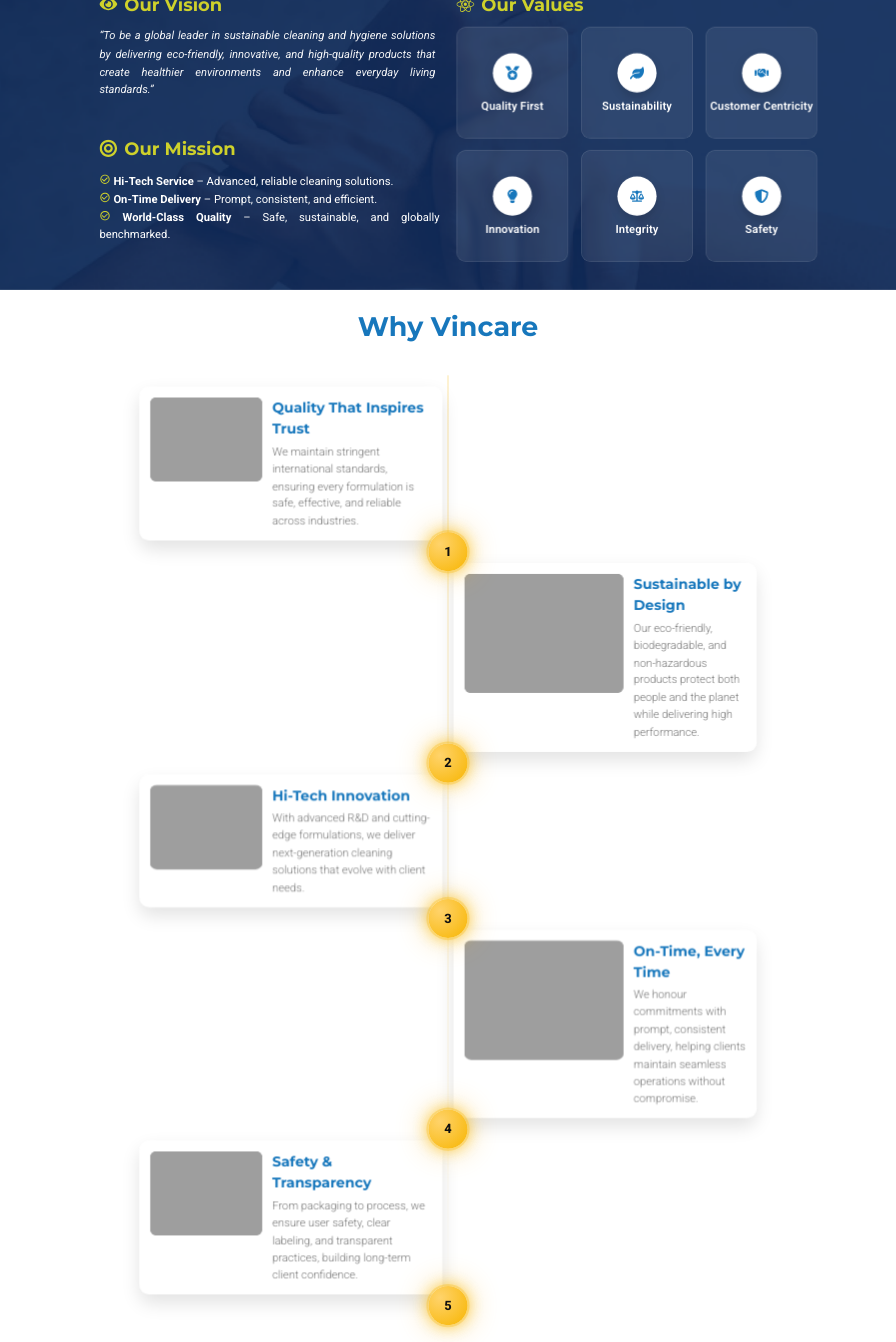
Repository: Yeshwanth-189/vincare
Page: / (app in vincare-frontend/)
The author's editor kept a copy of each file at every save. The page is drawn from the files as they stood at one save, then again after the next save.
The browser window is 1280 px wide. The pictures show the part of the page from y = 2063 to 3983 px (the page is 3980 px tall before and 3983 px after), at 70% of full size.
Pictures or frames that could not be fetched are drawn as grey boxes. The project was rebuilt for these pictures with package versions that can differ from the ones it lists, and the page was loaded fresh each time. Also part of the build but not shown: vincare-frontend/vite.config.js.

Above is the page before, as saved 2025-09-20 19:56:06.

After the next save:
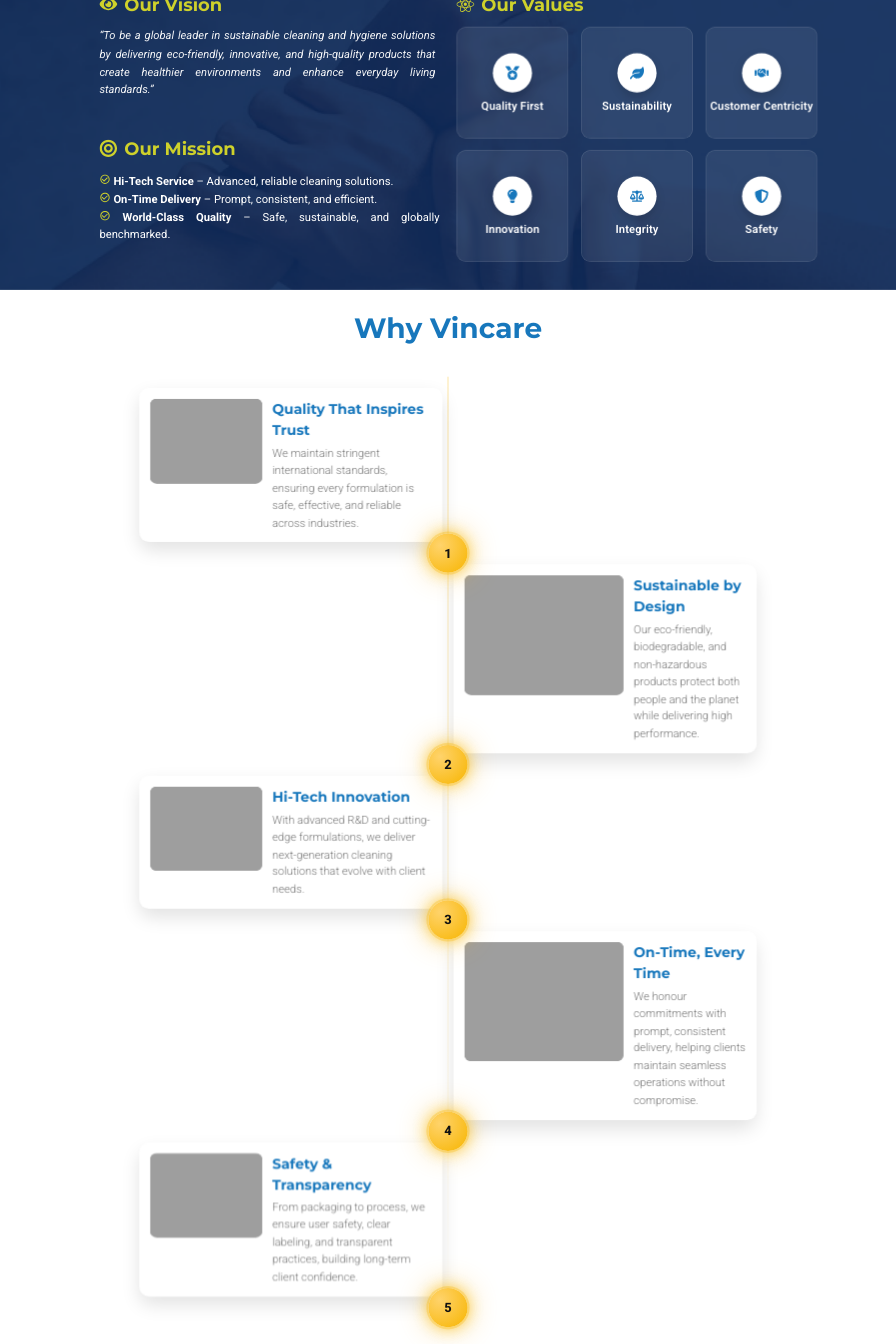
Saved 51 s later.
--- a/vincare-frontend/src/styles/WhyVincare.css
+++ b/vincare-frontend/src/styles/WhyVincare.css
@@ -11,7 +11,7 @@
   grid-column: 2 / 12;
   text-align: center;
   font-family: "Montserrat", sans-serif;
-  font-size: clamp(1.8rem, 3.2vw, 2.4rem);
+  font-size: clamp(2rem, 3.2vw, 2.5rem);
   margin-bottom: clamp(10px, 2vw, 16px);
 }
 /* Title stays the same */
